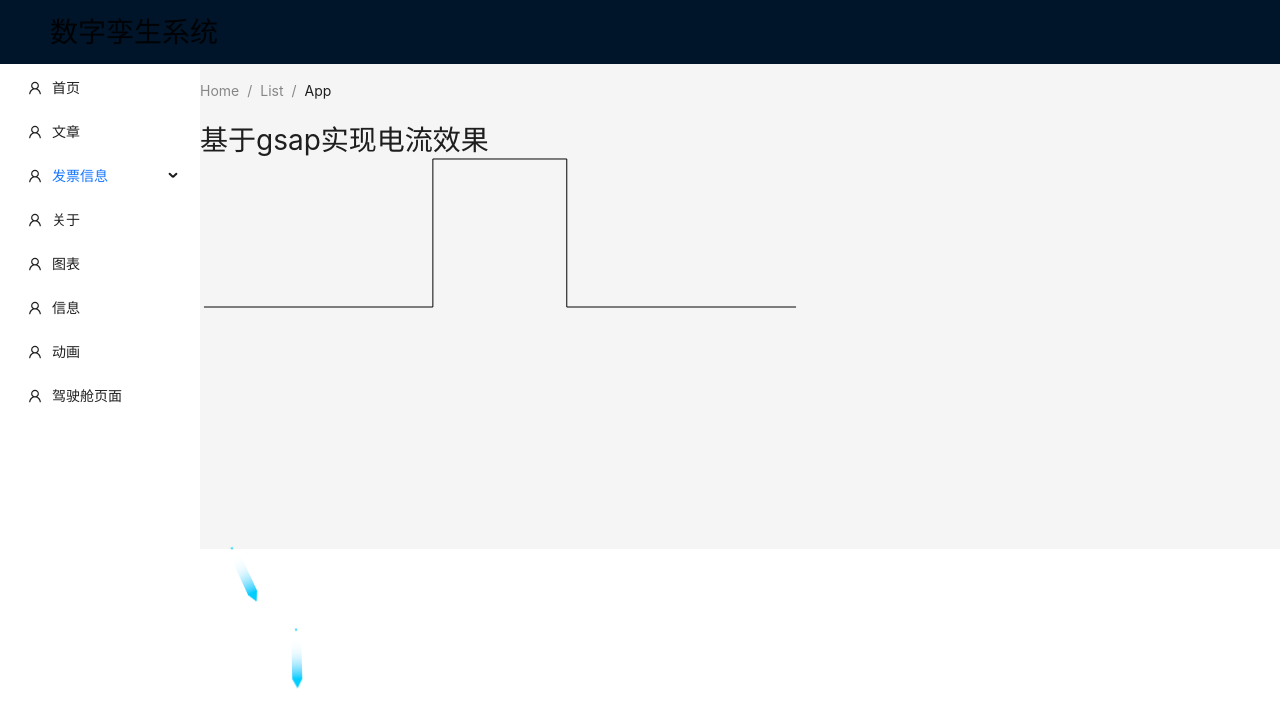
Repository: HailiePan/webpack-react-practice
Page: /animation
An editor plug-in stored every save of this project. The page is shown before and after the next save, followed by the edit.
The browser window is 1280 px wide. The pictures show the whole page.
The project was rebuilt for these pictures with package versions that can differ from the ones it lists, and the page was loaded fresh each time. Also part of the build but not shown: src/pages/Animation/component/ScrollAnimation/index.jsx, src/pages/Home.jsx, src/pages/Invoices/index.jsx, src/pages/Invoices/Invoice.jsx, src/pages/Invoices/Pending.jsx, src/pages/Invoices/Complete.jsx, src/components/CommonBox/index.less, src/components/CommonBox/index.jsx and 27 more.

Above is the page before, as saved 2024-01-24 15:26:28.

### index.html
<!--
 * Author  hailie.pan
 * Date  2023-10-08 16:03:03
 * LastEditors  hailie.pan
 * LastEditTime  2023-10-08 16:03:04
 * Description  file content
-->
<!--
 * Author  hailie.pan
 * Date  2023-10-07 17:34:05
 * LastEditors  hailie.pan
 * LastEditTime  2023-10-07 17:34:06
 * Description  file content
-->
<!DOCTYPE html>
<html lang="en">
  <head>
    <meta charset="UTF-8" />
    <meta http-equiv="X-UA-Compatible" content="IE=edge" />
    <meta name="viewport" content="width=device-width, initial-scale=1.0" />
    <title>Document</title>
  </head>
  <body>
    <div id="app"></div>
  </body>
</html>

### src/index.jsx
/*
 * Author  hailie.pan
 * Date  2023-10-07 17:16:58
 * LastEditors  hailie.pan
 * LastEditTime  2023-10-24 17:39:40
 * Description  file content
 */
import React, { StrictMode } from "react";
import * as ReactDOM from "react-dom/client";
import { BrowserRouter, useRoutes } from "react-router-dom";
import { routes } from "@/router";
const App = () => {
  return useRoutes(routes);
};
const root = ReactDOM.createRoot(document.getElementById("app"));
// v18 的新方法
root.render(
  <StrictMode>
    <BrowserRouter>
      <App />
    </BrowserRouter>
  </StrictMode>
);

// BrowserRouter下直接渲染useRoutes,routes里配置好路径对应的组件
// 然后就会显示路径对应的组件
// useRoutes(routes)必须在函数里写着

### src/router/index.js
/*
 * @Author: Hailie.Pan
 * @Date: 2023-11-28 10:30:45
 * @LastEditors: Hailie.Pan
 * @LastEditTime: 2024-01-11 10:41:08
 * @Description:
 */
/*
 * Author  hailie.pan
 * Date  2023-10-13 17:13:27
 * LastEditors  hailie.pan
 * LastEditTime  2023-11-28 10:30:45
 * Description  file content
 */
import React from "react";
import { useRoutes } from "react-router-dom";

import BaseLayout from "@/BaseLayout";

import Home from "@/pages/Home";
import Invoices from "@/pages/Invoices";
import Invoice from "@/pages/Invoices/Invoice";
import Pending from "@/pages/Invoices/Pending";
import Complete from "@/pages/Invoices/Complete";
import About from "@/pages/About";
import Article from "@/pages/Article";
import ControlRoomFirstPage from "@/pages/ControlRoomFirstPage";
import Chart from "@/pages/Chart";
import Info from "@/pages/Info";
import Animation from '@/pages/Animation'

const routes = [
  {
    path: "/",
    element: <BaseLayout />,
    name: "一级场景",
    children: [
      { path: "/home", element: <Home />, name: "首页" },
      { path: "/article", element: <Article />, name: "文章" },
      {
        // path: "/invoices",
        // element: <Invoices />,
        name: "发票信息",
        children: [
          {
            path: "/invoices/invoicesDetail/:id",
            element: <Invoice />,
            name: "发票1详情",
          },
          {
            path: "/invoices/pending",
            element: <Pending />,
            name: "发票2详情",
          },
          {
            path: "/invoices/complete",
            element: <Complete />,
            name: "发票3详情",
          },
        ],
      },

      {
        path: "/about",
        element: <About />,
        name: "关于",
      },
      {
        path: "/chart",
        element: <Chart />,
        name: "图表",
      },
      {
        path: "/info",
        element: <Info />,
        name: "信息",
      },
      {
        path: "/animation",
        element: <Animation />,
        name: "动画",
      },
    ],
  },
  {
    path: "/controlRoomFirstPage",
    element: <ControlRoomFirstPage />,
    name: "驾驶舱页面",
  },
];

export { routes };

### src/BaseLayout/index.jsx
/*
 * Author  hailie.pan
 * Date  2023-10-13 17:28:32
 * LastEditors  hailie.pan
 * LastEditTime  2023-12-04 10:37:50
 * Description  file content
 */

import React, {useEffect, useCallback, useState, useMemo } from 'react';
import { LaptopOutlined, NotificationOutlined, UserOutlined } from '@ant-design/icons';
import { Breadcrumb, Layout, Menu, theme } from 'antd';
import { Link, NavLink, useRoutes, Navigate, Outlet } from 'react-router-dom';
import { gsap } from "gsap";
import { ScrollTrigger } from 'gsap/ScrollTrigger.js'
import { routes } from '@/router';
import StateContext from './data.js';
import styles from './index.less';
import ScrollAnimation from '@/pages/Animation/component/ScrollAnimation'
const { Header, Content, Sider } = Layout;

export default function BaseLayout() {
  // console.log("routes", routes);
  const [selectedMenuKeys, setSelectedMenuKeys] = useState([]);

  // useMemo缓存菜单的计算方法，避免每次刷新时都计算一遍
  // 这个菜单的算法还是不太优美，不好维护
  let showMenu = useMemo(
    () =>
      routes
        .map((item, index) => {
          if (item.children) {
            const arr2 = item.children.map((c, cIndex) => {
              return {
                key: cIndex,
                icon: React.createElement(UserOutlined),
                name: c.name,
                label: (
                  <NavLink to={c.path} state={'From App'}>
                    {c.name}
                  </NavLink>
                ),
                children: c?.children?.map((t, tIndex) => ({
                  key: `${cIndex}-${tIndex}`,
                  icon: React.createElement(UserOutlined),
                  name: t.name,
                  label: <NavLink to={t.path}>{t.name}</NavLink>
                }))
              };
            });
            return arr2;
          } else {
            return {
              key: 'dandu' + index,
              icon: React.createElement(UserOutlined),
              name: item.name,
              label: (
                <NavLink to={item.path} state={'From App'}>
                  {item.name}
                </NavLink>
              )
            };
          }
        })
        .flat(), // arr2是个数组，放到showMenu数组里需要拉平
    []
  );
  showMenu.flat();
  // console.log("showMenu", showMenu);

  const menuArr = [
    {
      key: 0,
      icon: React.createElement(UserOutlined),
      label: (
        <NavLink to="/home" state={'From App'}>
          首页
        </NavLink>
      )
    },

    {
      key: 1,
      icon: React.createElement(LaptopOutlined),
      label: <NavLink to="invoices">发票信息</NavLink>,
      children: [
        {
          key: '1-0',
          label: <NavLink to="/invoices/invoicesDetail/1?a=a&b=b">发票1详情页</NavLink>
        },
        {
          key: '1-1',
          label: <NavLink to="/invoices/pending?fromPage=菜单点击">发票2详情页</NavLink>
        },
        {
          key: '1-2',
          label: (
            <NavLink to="/invoices/complete" state={'左侧菜单点击'}>
              发票3详情页
            </NavLink>
          )
        }
      ]
    },
    {
      key: 2,
      icon: React.createElement(NotificationOutlined),
      label: <NavLink to="about">关于</NavLink>
    },
    {
      key: 3,
      icon: React.createElement(NotificationOutlined),
      label: <NavLink to="controlRoomFirstPage">驾驶舱页面</NavLink>
    },
    {
      key: 4,
      icon: React.createElement(LaptopOutlined),
      label: <NavLink to="article">文章</NavLink>
    }
  ];

  const onSelectMenu = ({ item, key, keyPath, selectedKeys, domEvent }) => {
    setSelectedMenuKeys([key]);
  };

  const [state, setState] = useState('playing');

  // useEffect(()=>{
  //   gsap.registerPlugin(ScrollTrigger)
  //     // 绿色方块
  //     gsap.to("#ewrwer", {
  //       rotation: 900,
  //       x:400,
  //       duration: 1,
  //       scrollTrigger: {
  //         trigger: '#ewrwer', // 动画的元素
  //         scroller: document.getElementById('21321'), // 滚动的元素
  //         scrub: 2,
  //         markers: true,
  //       },

  //     });
  // },[])

  return (
    <Layout className={styles.layoutWrap}>
{/*
      <div className={styles.box} id='21321'>
        <div className={styles.green} id='ewrwer'></div>
        <div style={{height:'1000px'}} />
      </div> */}

      {/* <ScrollAnimation /> */}


      <Header className={styles.header}>
        <div className={styles.logo} />

        <h1>数字孪生系统</h1>
      </Header>

      <Layout>
        <Sider className={styles.sider}>
          <Menu
            mode="inline"
            // defaultSelectedKeys={["0"]}
            // defaultOpenKeys={["sub1"]}
            style={{
              height: '100%',
              borderRight: 0
            }}
            items={showMenu}
            selectedKeys={selectedMenuKeys}
            onSelect={onSelectMenu}
          />
        </Sider>

        <Layout className={styles.rightLayout}>
          <Breadcrumb
            style={{
              margin: '16px 0'
            }}
          >
            <Breadcrumb.Item>Home</Breadcrumb.Item>
            <Breadcrumb.Item>List</Breadcrumb.Item>
            <Breadcrumb.Item>App</Breadcrumb.Item>
          </Breadcrumb>

          <StateContext.Provider value={{ state, setState }}>
            <Content className={styles.content} id='content'>
              <Outlet />
            </Content>
          </StateContext.Provider>
        </Layout>
      </Layout>
    </Layout>
  );
}

### src/pages/Animation/index.jsx
/*
 * @Author: Hailie.Pan
 * @Date: 2024-01-11 10:41:16
 * @LastEditors: Hailie.Pan
 * @LastEditTime: 2024-01-24 15:25:22
 * @Description:
 */
import React, { useRef, useEffect, useState } from 'react';
import { gsap } from 'gsap';
import { ScrollTrigger } from 'gsap/ScrollTrigger.js';
import MoveBox from './component/MoveBox';
import MoveOnPath from './component/MoveOnPath';
import CanvasDraw from './component/CanvasDraw';
import TimeLine from './component/TimeLine';
import ScrollAnimation from './component/ScrollAnimation';
import ScrollAnimation2 from './component/ScrollAnimation2';
import ImitateElectricity from './component/ImitateElectricity';
import DraggableCom from './component/DraggableCom';
import styles from './index.module.less';

export default function Animation() {
  let obj = { myNum: 10, myColor: 'red' };

  useEffect(() => {
    // stagger 依次执行动画
    // gsap.to([boxRef.current, boxRef2.current, boxRef3.current], {
    //   rotation: 360,
    //   stagger:1,
    //   duration:2
    // });

    gsap.to(obj, {
      myNum: 200,
      myColor: 'blue',
      onUpdate: () => {
        console.log('onUpdate', obj.myColor);
      },
      onComplete: () => console.log('onComplete', obj.myNum, obj.myColor)
    });
  }, []);

  return (
    <div className={styles.wrap}>
      {/* <MoveBox /> */}

      {/* 在canvas中驱动元素绘制 */}
      {/* <CanvasDraw /> */}

      {/* 时间线动画 stagger依次错开 */}
      {/* <TimeLine /> */}

      {/* 元素沿SVG路径移动 */}
      {/* <MoveOnPath /> */}

      {/* 把canvas的效果和gsap的效果放在一起对比 */}
      {/* 模拟电流效果 */}
      <ImitateElectricity />

      {/* 滚动动画 */}
      {/* <ScrollAnimation /> */}

      {/* 滚动动画 */}
      {/* <ScrollAnimation2 /> */}

      {/* 可拖拽 */}
      {/* <DraggableCom /> */}
    </div>
  );
}

### src/BaseLayout/data.js
/*
 * Author  hailie.pan
 * Date  2023-11-28 10:20:25
 * LastEditors  hailie.pan
 * LastEditTime  2023-11-28 10:26:27
 * Description  file content
 */
import { createContext } from "react";

const StateContext = createContext({});

export default StateContext;

### src/BaseLayout/index.less
body {
  margin: 0;
  // height: 200vh;
}


.layoutWrap {
  height: 100vh;
  overflow-y: auto;
}

.box{
  height: 200px;
  overflow-y: auto;
  // border: 1px solid rgb(239, 200, 151);
}
.green{
  width: 50px;
  height: 50px;
  background-color: green;
  border-radius: 4px;
  margin: 0 auto;
  position: fixed;
  top: 50%;
  left: 50%;
}
.header {
  display: flex;
  align-items: center;

  .logo {
    width: 100px;
    height: 40px;
    background: rgba(255, 255, 255, 0.5);
    margin-right: 20px;
  }
  h1 {
    color: #fff;
    padding: 0;
    margin: 0;
  }
}
@colorBgContainer: #fff;
.sider {
  width: 200;
  background: @colorBgContainer;
}
.rightLayout {
  padding: 0 24px 24px;
}

.content {
  padding: 24px;
  margin: 0;
  min-height: 280px;
  background: @colorBgContainer;
  // border: 1px solid green; // 高度没有被页面的高度撑开
  // height: auto;
  overflow-y: scroll;
}

### src/pages/home.less
@color: rgb(248, 157, 39);

@font-face {
  font-family: "DIN";
  src: url("@/assets/fonts/庞门正道标题体2.0增强版.ttf");
  font-style: normal;
  font-weight: normal;
}
.wrapper {
  font-weight: 700;
  color: #333;

  ul {
    color: @color;
    // list-style-type: none;
  }
  .fontStyle {
    font-family: "DIN";
  }

  .box {
    height: 500px;
    margin-top: 20px;
    display: flex;
    .item {
      flex-shrink: 1; //属性定义了项目的缩小比例，默认为1，即如果空间不足，该项目将缩小
      flex-grow: 1; // 定义项目的放大比例，默认为0，即如果存在剩余空间，也不放大
      width: 300px;
      background-color: #fce09e;
      border: 1px solid rgb(255, 162, 0);
    }
  }
  .showImg {
    display: flex;
    img {
      width: 100px;
      height: 100px;
      margin-top: 10px;
      display: block;
    }
  }
}

### src/pages/Animation/component/ImitateElectricity/index.jsx
/*
 * @Author: Hailie.Pan
 * @Date: 2024-01-16 22:18:53
 * @LastEditors: Hailie.Pan
 * @LastEditTime: 2024-01-24 15:26:28
 * @Description:
 */
import React, { useEffect, useRef } from 'react';
import { gsap } from 'gsap';
import { MotionPathPlugin, MotionPathHelper } from 'gsap/all';
import styles from './index.module.less';

export default function ImitateElectricity() {
  const jiantou = useRef();
  const jiantou2 = useRef();

  useEffect(() => {
    // 注册插件
    gsap.registerPlugin(MotionPathPlugin);

    const tl = gsap.timeline();

    gsap.set([jiantou.current, jiantou2.current], { scale: 0.5, autoAlpha: 1 });

    tl.to([jiantou.current, jiantou2.current], {
      duration: 10,
      ease: 'none',
      immediateRender: true,
      repeat: -1, // 重复
      stagger: 2, // 间隔时间
      motionPath: {
        // path: '#xianlu', // 路径
        path: [
          { x: 0, y: 0 },
          { x: 80, y: 200 },
          { x: 90, y: 400 },
          { x: 100, y: 600 }
        ],
        align: '#xianlu', // 对齐到路径
        alignOrigin: [0.5, 0.5], // 对齐原点
        autoRotate: 90 // 沿路径方向旋转角度
        // offsetX: -20,
        // offsetY: 0,
      }
    });
    // gsap.registerPlugin(MotionPathPlugin, MotionPathHelper)
  }, []);

  return (
    <div>
      <h1>基于gsap实现电流效果</h1>
      {/* svg路径必须是path */}
      <svg class={styles.motionPath} viewBox="0 0 600 152">
        <path id="xianlu" fill="none" stroke="#000" d="m0,151h231.97V1h135.69v150h232.35" />
      </svg>

      <div className={styles.jiantou} ref={jiantou}></div>
      <div className={styles.jiantou} ref={jiantou2}></div>
    </div>
  );
}

### src/pages/Animation/component/ScrollAnimation/index.module.less

.wrap{
  border:1px solid red;
  height: 600px;
  background-color: #111;
  color: white;
  // overflow-x: hidden;
  overflow-y: scroll;
}
h1, h2 {
  margin: 0;
  font-weight: 400;
  max-width: none;
}
.headerSection{
  height: 400px;
  line-height: 400px;
  border: 1px solid rgb(255, 140, 0);
}

.comparisonSection {
  position: relative;
  padding-bottom: 56.25%; /* to maintain aspect ratio (responsive!) */
  border: 1px solid yellow;

  .comparisonImage {
    width: 100%;
    height: 100%;

    img {
      width: 100%;
      height: 100%;
      position: absolute;
      top: 0;
    }
  }

  .afterImage {
    position: absolute;
    overflow: hidden;
    top: 0;
    transform: translate(100%, 0px);
    img {
      transform: translate(-100%, 0px);
    }
  }
}

### src/pages/Animation/component/ImitateElectricity/index.module.less
.motionPath {
    overflow: visible;
      width: 600px;
      height: 150px;
  }

  .jiantou{
    width: 20px;
    height: 119px;
    background: url('./assets/jiantou.png');
  }

After the next save:
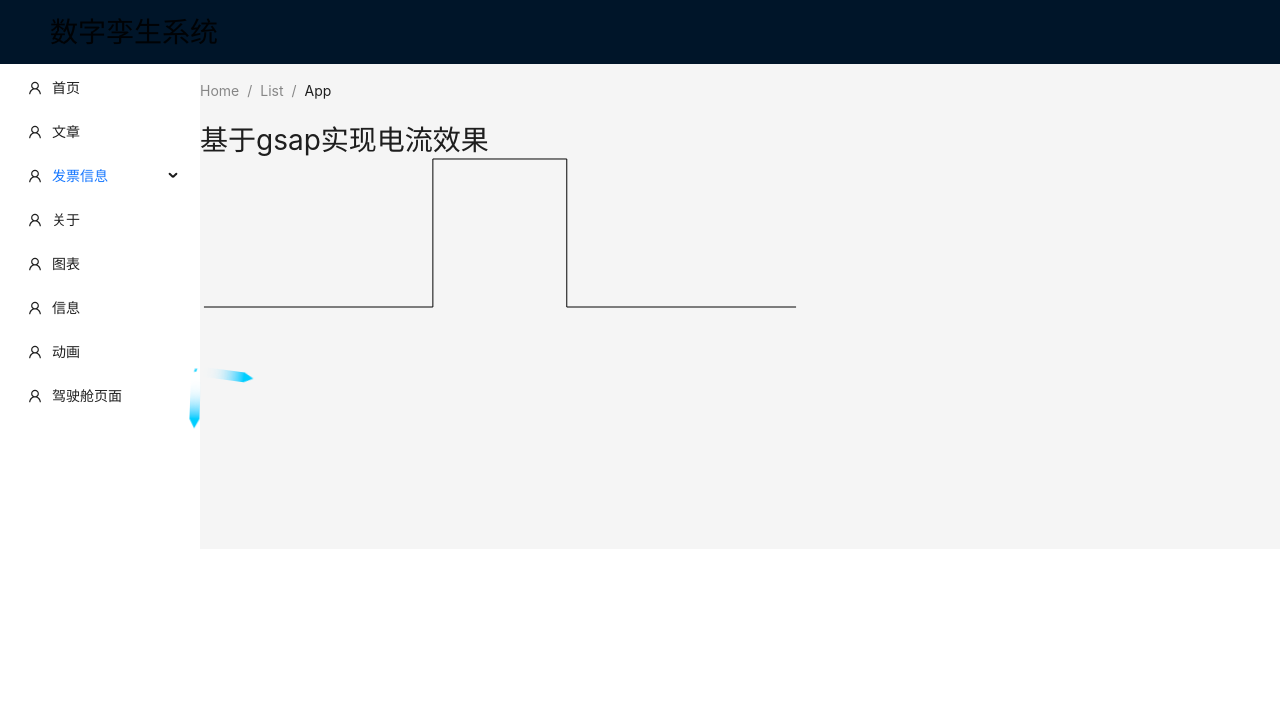
Saved 38 s later.
--- a/src/pages/Animation/component/ImitateElectricity/index.jsx
+++ b/src/pages/Animation/component/ImitateElectricity/index.jsx
@@ -32,9 +32,9 @@ export default function ImitateElectricity() {
         // path: '#xianlu', // 路径
         path: [
           { x: 0, y: 0 },
-          { x: 80, y: 200 },
-          { x: 90, y: 400 },
-          { x: 100, y: 600 }
+          { x: 80, y: 0 }
+          // { x: 90, y: 400 },
+          // { x: 100, y: 600 }
         ],
         align: '#xianlu', // 对齐到路径
         alignOrigin: [0.5, 0.5], // 对齐原点
